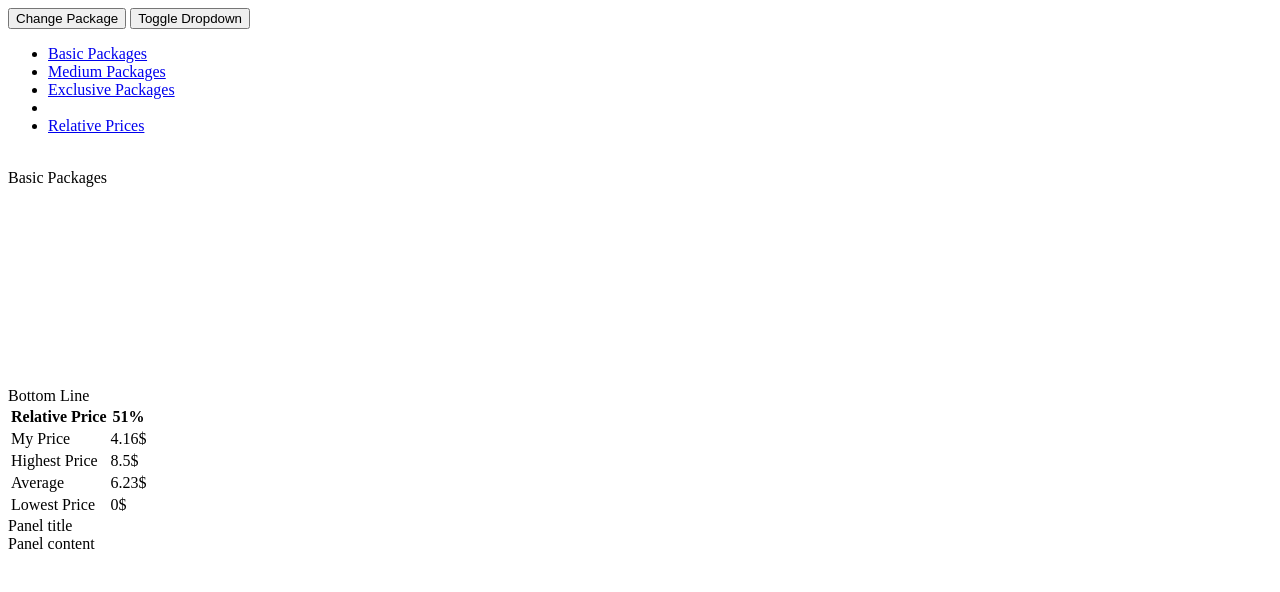
Repository: netaosman/Price-try-course
Page: prixceFrontEnd/src/main/webapp/Prixce_FrontEnd/HTML/Market/pricesPack/BasicPackages.html
These files come from the project's save history. The page is drawn as it stood at one moment and after the next save; the edit follows.
The browser window is 1280 px wide. The pictures show the whole page.

Above is the page before, as saved 2017-09-24 15:43:20.

### prixceFrontEnd/src/main/webapp/Prixce_FrontEnd/HTML/Market/pricesPack/BasicPackages.html
<!--  <p class="sub-header">Exclusive Packages</p>-->

<div class="container-fluid">
	<div class="dropdown">
		<!-- Split button -->
		<div class="btn-group">
			<button type="button" class="btn btn-default">Change Package</button>
			<button type="button" class="btn btn-default dropdown-toggle"
				data-toggle="dropdown" aria-haspopup="true" aria-expanded="false">
				<span class="caret"></span> <span class="sr-only">Toggle
					Dropdown</span>
			</button>
			<ul class="dropdown-menu">
				<li><a href="#/BasicPackages">Basic Packages</a></li>
				<li><a href="#/MedPackages">Medium Packages</a></li>
				<li><a href="#/HighPackages">Exclusive Packages</a></li>
				<li role="separator" class="divider"></li>
				<li><a href="#/RelativePrices">Relative Prices</a></li>
			</ul>
		</div>
	</div>
	<br>
	<div class="row placeholders">
		<div class="col-xs-12 col-md-8 col-lg-8"
			ng-controller="PricesBasicCtrl">
			<div class="panel panel-default-1">
				<div class="panel-heading">Basic Packages</div>
				<div class="panel-body">
					<!-- <div class="panel-title">Prices</div> -->
					<canvas id="base" class="chart-horizontal-bar" chart-data="data"
						chart-labels="labels" chart-colors="colors" height="200">
                                </canvas>
				</div>
			</div>
		</div>
		<div class="col-xs-12 col-md-4 col-lg-4">
			<div class="panel panel-default-1">
				<div class="panel-heading">Bottom Line</div>
				<div class="panel-body">
					<table class="table">
						<thead>
							<tr>
								<th class="relative">Relative Price</th>
								<th class="relative-price">51%</th>
							</tr>
						</thead>
						<tbody>
							<tr>
								<td class="title-prices"><span
									class="glyphicon glyphicon-hand-right" aria-hidden="true"></span>
									My Price</td>
								<td class="prices">4.16$</td>
							</tr>
							<tr>
								<td class="title-prices"><span
									class="glyphicon glyphicon-hand-up" aria-hidden="true"></span>
									Highest Price</td>
								<td class="prices">8.5$</td>
							</tr>
							<tr>
								<td class="title-prices"><span
									class="glyphicon glyphicon-hand-left" aria-hidden="true"></span>
									Average</td>
								<td class="prices">6.23$</td>
							</tr>
							<tr>
								<td class="title-prices"><span
									class="glyphicon glyphicon-thumbs-down" aria-hidden="true"></span>
									Lowest Price</td>
								<td class="prices">0$</td>
							</tr>
						</tbody>

					</table>
				</div>
			</div>
		</div>
		<div class="col-xs-12 col-md-4 col-lg-4">
			<div class="panel panel-default-1">
				<div class="panel-title">Panel title</div>
				<div class="panel-body">Panel content</div>
			</div>
		</div>
	</div>
</div>

After the next save:
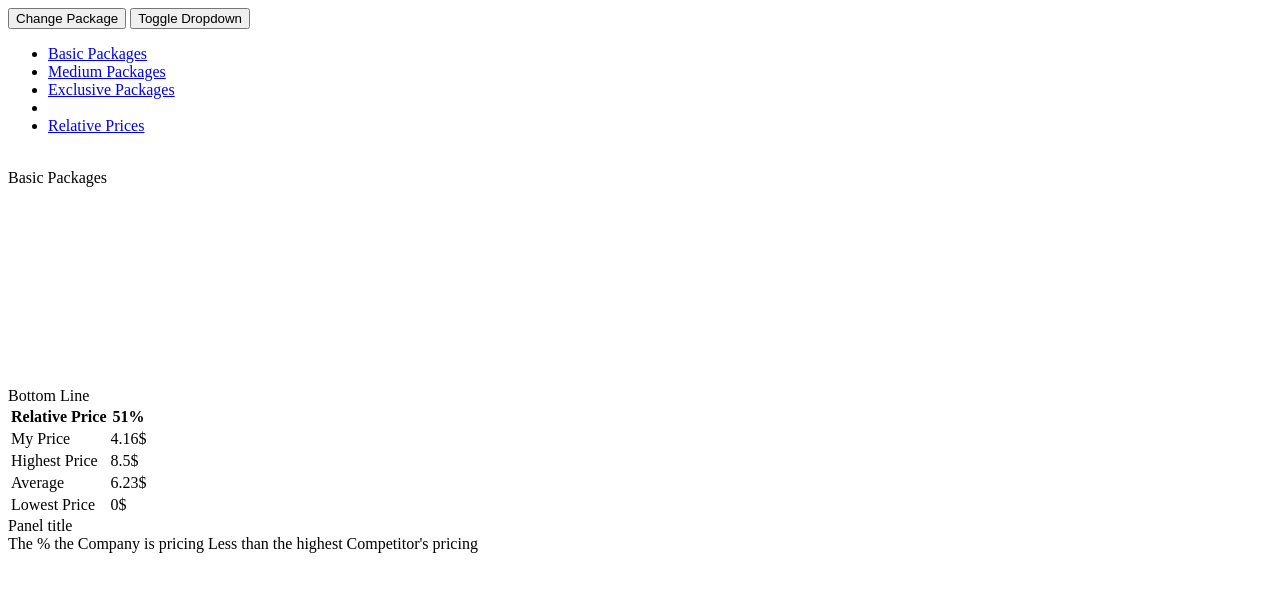
Saved 6 min 25 s later.
--- a/prixceFrontEnd/src/main/webapp/Prixce_FrontEnd/HTML/Market/pricesPack/BasicPackages.html
+++ b/prixceFrontEnd/src/main/webapp/Prixce_FrontEnd/HTML/Market/pricesPack/BasicPackages.html
@@ -78,7 +78,8 @@
 		<div class="col-xs-12 col-md-4 col-lg-4">
 			<div class="panel panel-default-1">
 				<div class="panel-title">Panel title</div>
-				<div class="panel-body">Panel content</div>
+				<div class="panel-body">The % the Company is pricing Less than
+					the highest Competitor's pricing</div>
 			</div>
 		</div>
 	</div>
